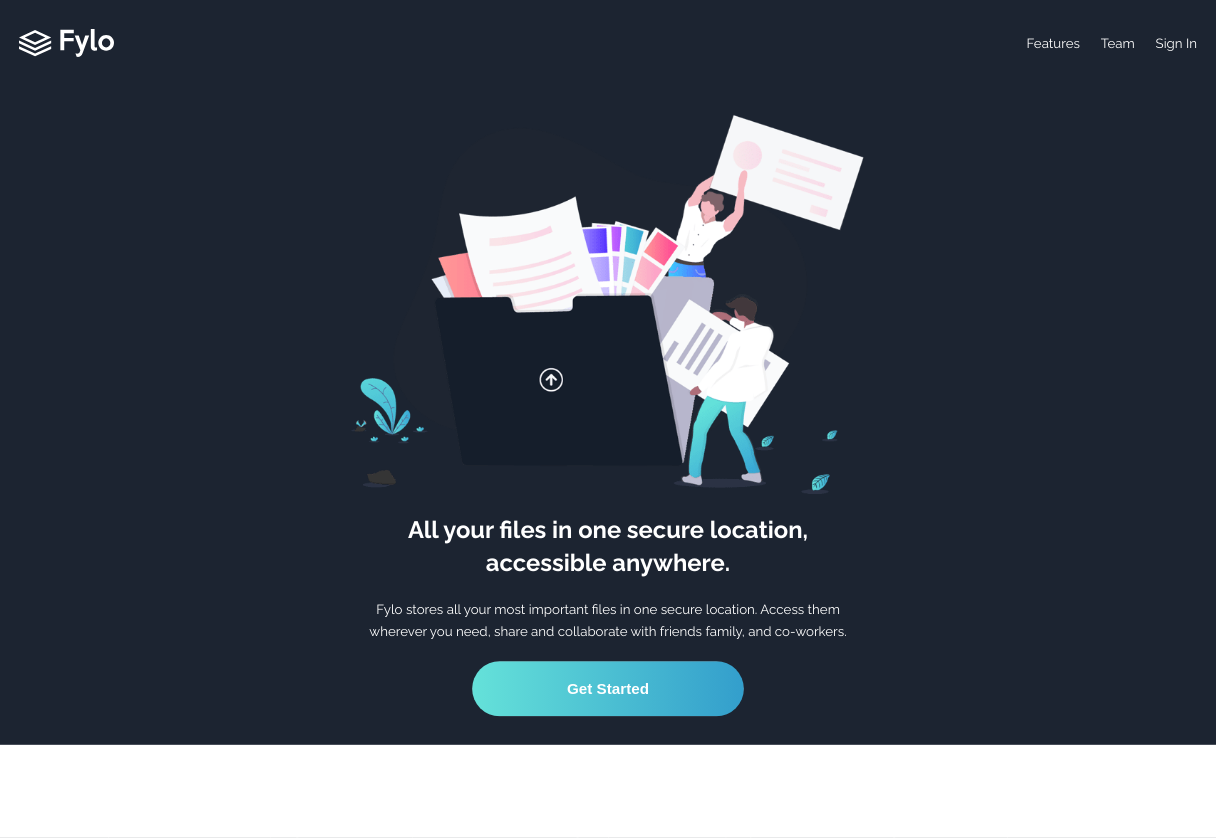
Repository: tomas938/fylo-dark-theme-landing-page-master
Page: index.html
The author's editor kept a copy of each file at every save. The page is drawn from the files as they stood at one save, then again after the next save.
The browser window is 1280 px wide. The pictures show the whole page, at 95% of full size.
The style sheet was rebuilt from its Sass, Less or Tailwind sources for each picture, by a compiler version that may differ from the author's.

Above is the page before, as saved 2021-08-05 13:01:00.

After the next save:
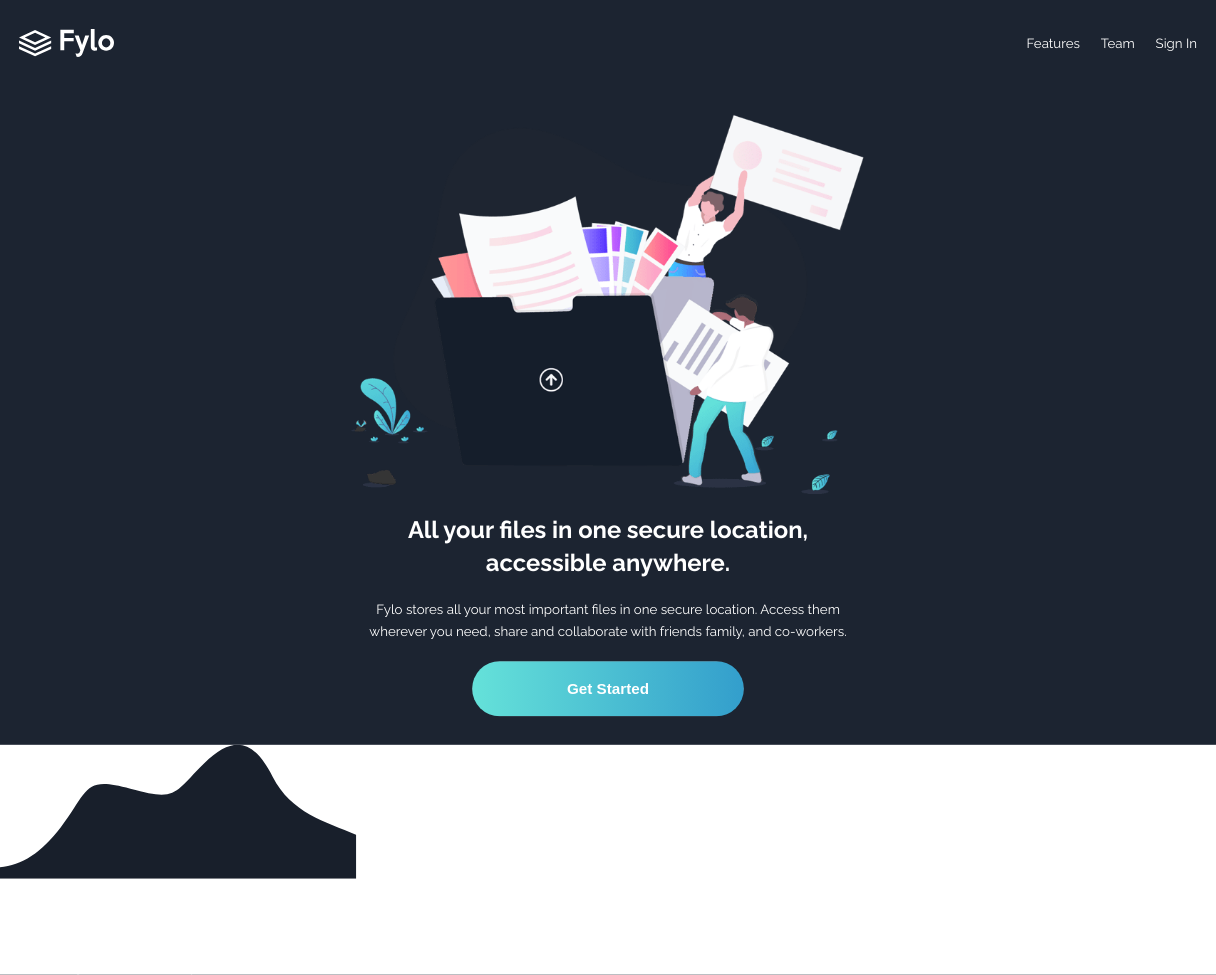
Saved 46 s later.
--- a/index.html
+++ b/index.html
@@ -35,6 +35,22 @@
 				<button class="blue-rounded">Get Started</button>
 			</div>
 		</section>
+		<svg
+			width="375"
+			height="141"
+			xmlns="http://www.w3.org/2000/svg"
+			xmlns:xlink="http://www.w3.org/1999/xlink"
+		>
+			<defs><path id="a" d="M0 0h375v141H0z" /></defs>
+			<g fill="none" fill-rule="evenodd">
+				<mask id="b" fill="#fff"><use xlink:href="#a" /></mask>
+				<path
+					d="M0 128.937c22.708-1.669 44.049-15.69 64.024-42.063 29.962-39.56 23.473-54.118 73.218-40.562 49.746 13.556 45.508 4.677 77.494-26.648 31.985-31.325 52.746-24.157 72.245 13.912 19.499 38.07 55.147 47.264 88.395 61.244 22.165 9.32 22.165 1296.047 0 3860.18H0V128.937z"
+					fill="#181F2B"
+					mask="url(#b)"
+				/>
+			</g>
+		</svg>
 		Access your files, anywhere The ability to use a smartphone, tablet, or
 		computer to access your account means your files follow you everywhere.
 		Security you can trust 2-factor authentication and user-controlled
